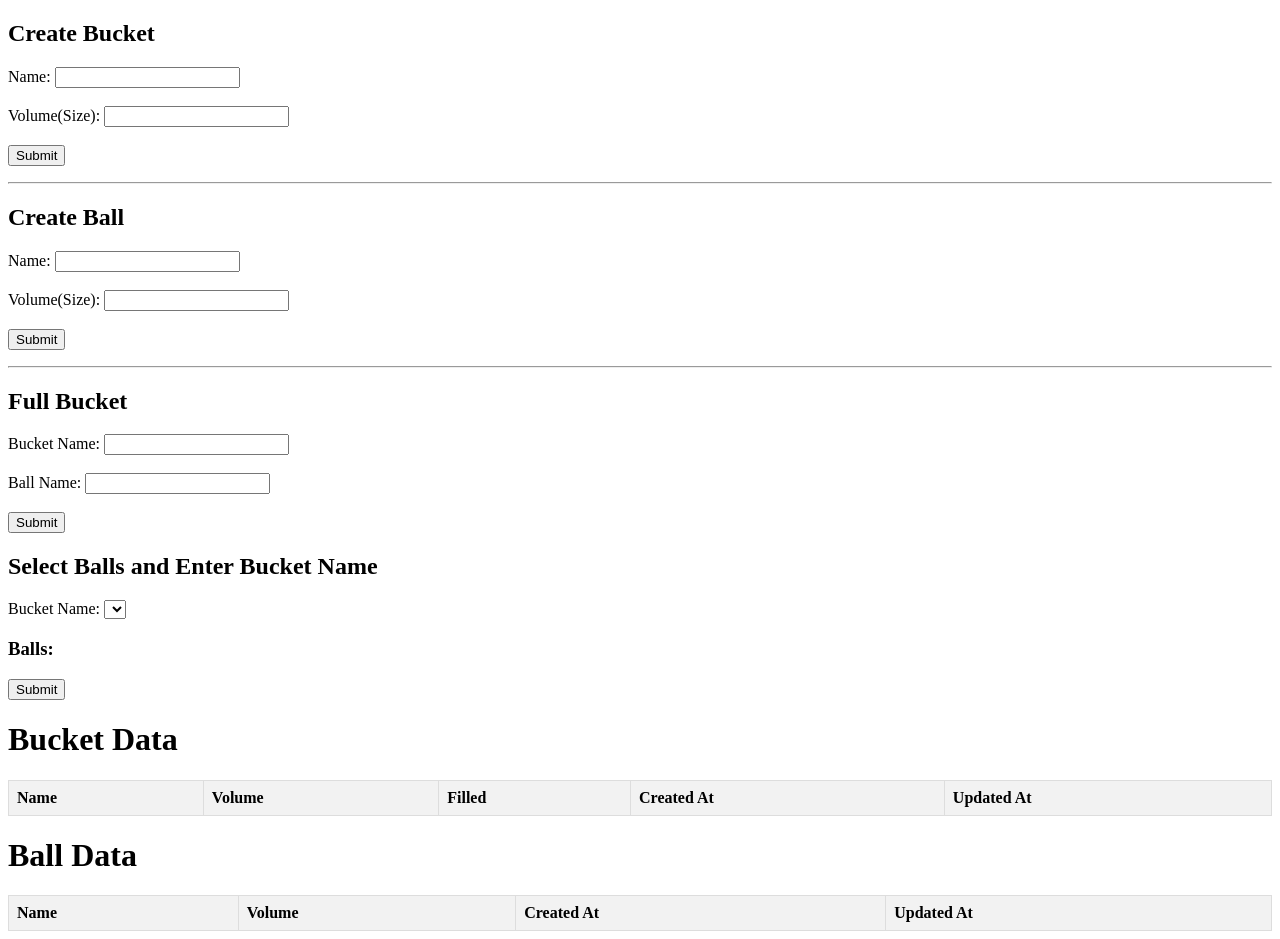
Repository: RajatPalankar8/nodejs_bucket_ball_task_new
Page: http://localhost/
The author's editor kept a copy of each file at every save. The page is drawn from the files as they stood at one save, then again after the next save.
The browser window is 1280 px wide. The pictures show the whole page.
The page is served by the project's Node server (index.js). Other server files are loaded and not shown. Queries for data that is not in the repository find no rows.

Above is the page before, as saved 2023-07-28 23:07:54.

### views/index.ejs
<!DOCTYPE html>
<html>

<head>
  <style>
    table {
      border-collapse: collapse;
      width: 100%;
    }

    th,
    td {
      border: 1px solid #ddd;
      padding: 8px;
      text-align: left;
    }

    th {
      background-color: #f2f2f2;
    }
  </style>
  <title>Bucket Ball App</title>
</head>

<body>
  <div style="display: 0dp;">


    <form id="form1">
      <h2>Create Bucket</h2>
      <label for="name1">Name:</label>
      <input type="text" id="name" name="name" required><br><br>
      <label for="email1">Volume(Size):</label>
      <input type="text" id="vol" name="vol" required><br><br>
      <input type="submit" value="Submit">
      <p id="form1-response"></p>
    </form>
    <hr>
    <form id="form2">
      <h2>Create Ball</h2>
      <label for="name1">Name:</label>
      <input type="text" id="name" name="name" required><br><br>
      <label for="vol">Volume(Size):</label>
      <input type="text" id="vol" name="vol" required><br><br>
      <input type="submit" value="Submit">
      <p id="form2-response"></p>
    </form>
    <hr>
    <form id="form3">
      <h2>Full Bucket</h2>
      <label for="name3">Bucket Name:</label>
      <input type="text" id="bucketName" name="bucketName" required><br><br>
      <label for="vol">Ball Name:</label>
      <input type="text" id="ballName" name="ballName" required><br><br>
      <input type="submit" value="Submit">
      <p id="form3-response"></p>
    </form>
  </div>

  <h2>Select Balls and Enter Bucket Name</h2>
  <form id="ballForm">
    <label for="bucketName">Bucket Name:</label>
    <!-- <input type="text" id="bucketName" name="bucketName"><br><br> -->
    <select id="bucketNameSelect" name="bucketNameSelect">
      <!-- The "Bucket Name" dropdown options will be dynamically added here -->
    </select>
    <h3>Balls:</h3>
    <div id="ballList">
      <!-- Ball data from MongoDB will be dynamically added here -->
    </div>
    <input type="submit" value="Submit">
  </form>
  <h1>Bucket Data</h1>
  <table>
    <thead>
      <tr>
        <th>Name</th>
        <th>Volume</th>
        <th>Filled</th>
        <th>Created At</th>
        <th>Updated At</th>
      </tr>
    </thead>
    <tbody>
      <% buckets.forEach(bucket=> { %>
        <tr>
          <td>
            <%= bucket.name %>
          </td>
          <td>
            <%= bucket.vol %>
          </td>
          <td>
            <%= bucket.filled.join(', ') %></td>
          <td><%= bucket.createdAt.toLocaleString() %></td>
          <td><%= bucket.updatedAt.toLocaleString() %></td>
        </tr>
      <% }); %>
    </tbody>
  </table>

  <h1>Ball Data</h1>
  <table>
    <thead>
      <tr>
        <th>Name</th>
        <th>Volume</th>
        <th>Created At</th>
        <th>Updated At</th>
      </tr>
    </thead>
    <tbody>
      <% balls.forEach(ball => { %>
        <tr>
          <td><%= ball.name %></td>
          <td><%= ball.vol %></td>
          <td><%= ball.createdAt.toLocaleString() %></td>
          <td><%= ball.updatedAt.toLocaleString() %></td>
        </tr>
      <% }); %>
    </tbody>
  </table>

  <script src="https://cdn.jsdelivr.net/npm/axios/dist/axios.min.js"></script>
  <script>
    // Function to handle form submission
    function createBucketEvent(event) {
      event.preventDefault(); // Prevent the default form submission

      // Get the form data
      const form = event.target;
      const formData = new FormData(form);

      // Convert form data to JSON object
      const jsonData = {};
      formData.forEach((value, key) => {
        jsonData[key] = value;
      });

      // Make a POST request to the backend API
      axios.post(' http://localhost:3000/createBucket', jsonData).then(response => {
        // Handle the API response
        const formId = form.id;
        const responseElement = document.getElementById(`${formId}-response`);
        responseElement.textContent = response.data.message;

        setTimeout(() => {
          location.reload();
        }, 1000);
      })
        .catch(error => {
          console.error(error); // Handle any errors
        });
    }

    function createBallEvent(event) {
      event.preventDefault(); // Prevent the default form submission

      // Get the form data
      const form = event.target;
      const formData = new FormData(form);

      // Convert form data to JSON object
      const jsonData = {};
      formData.forEach((value, key) => {
        jsonData[key] = value;
      });

      // Make a POST request to the backend API
      axios.post('http://localhost:3000/createBall', jsonData)
        .then(response => {
          // Handle the API response
          const formId = form.id;
          const responseElement = document.getElementById(`${formId}-response`);
          responseElement.textContent = response.data.message;
          setTimeout(() => {
            location.reload();
          }, 1000);
        })
        .catch(error => {
          console.error(error); // Handle any errors
        });
    }

    function fillBucketEvent(event) {
      event.preventDefault(); // Prevent the default form submission

      // Get the form data
      const form = event.target;
      const formData = new FormData(form);

      // Convert form data to JSON object
      const jsonData = {};
      formData.forEach((value, key) => {
        jsonData[key] = value;
      });

      // Make a POST request to the backend API
      axios.post('http://localhost:3000/fillBucket', jsonData)
        .then(response => {
          // Handle the API response
          const formId = form.id;
          const responseElement = document.getElementById(`${formId}-response`);
          responseElement.textContent = response.data.message;
          setTimeout(() => {
            location.reload();
          }, 1000);
        })
        .catch(error => {
          console.error(error); // Handle any errors
        });
    }

    // Attach event listeners to the forms
    const form1 = document.getElementById('form1');
    form1.addEventListener('submit', createBucketEvent);

    const form2 = document.getElementById('form2');
    form2.addEventListener('submit', createBallEvent);

    const form3 = document.getElementById('form3');
    form3.addEventListener('submit', fillBucketEvent);
  </script>

<script>
  // Fetch balls data from the server using Axios
  axios.post('http://localhost:3000/getBallList')
    .then(response => {
      //console.log("----------->>>>>>>", response.data.success);
      createBallCheckboxes(response.data.success);
      fetchBucketOptions();
    })
    .catch(error => console.error('Error fetching balls:', error));

  // to show a list of boxes
  function createBallCheckboxes(balls) {
    const ballListDiv = document.getElementById('ballList');

    balls.forEach(ball => {
      console.log("Create Function ", ball);
      const checkbox = document.createElement('input');
      checkbox.type = 'checkbox';
      checkbox.name = `${ball._id}`; // Each checkbox will have a unique name
      checkbox.value = ball.name;

      const label = document.createElement('label');
      label.innerHTML = `${ball.name} (Vol: ${ball.vol}) :- &nbsp;`;
      const inputField = document.createElement('input');
      inputField.type = 'number';
      inputField.name = `count_${ball.name}`; // Each input field will have a unique name
      inputField.placeholder = 'Number of balls';
      label.appendChild(checkbox);
      ballListDiv.appendChild(label);
      ballListDiv.appendChild(inputField);
      ballListDiv.appendChild(document.createElement('br'));
      ballListDiv.appendChild(document.createElement('br'));
    });
  }

  function fetchBucketOptions() {
    axios.post('http://localhost:3000/getBucketList') // Replace "/api/getBucketOptions" with your server's endpoint for fetching bucket options
      .then(response => {
        const bucketOptions = response.data.success; // Assuming the response is an array of objects with value and label properties
        populateBucketOptions(bucketOptions);
      })
      .catch(error => console.error('Error fetching bucket options:', error));
  }
  const bucketNameSelect = document.getElementById('bucketNameSelect');
  function populateBucketOptions(options) {
    console.log("options-------->",options);

    options.forEach(option => {
      console.log("options-------->",option.name);
      const optionElement = document.createElement('option');
      optionElement.value = option.name;
      optionElement.textContent = option.name;
      bucketNameSelect.appendChild(optionElement);
    });
  }

  // Handle form submission using event delegation
  const form = document.getElementById('ballForm');
  form.addEventListener('submit', (event) => {
    event.preventDefault(); // Prevent default form submission behavior
console.log("bucketNameSelect--->",bucketNameSelect.value);
    // Collect form data and arrange it in an array
    const formData = new FormData(form);
    const data = {
      bucketName: bucketNameSelect.value,
      balls: [],
    };

    // Loop through the checkboxes and get the selected ones
    const checkboxes = form.querySelectorAll('input[type="checkbox"]');
    checkboxes.forEach(checkbox => {
      if (checkbox.checked) {
        const ballId = checkbox.name;
        const label = checkbox.value
        const labelText = label;
        const ballCount = formData.get(`count_${label}`);
        data.balls.push({ _id: ballId, ball: labelText, count: ballCount });
      }
    });
    // Check if at least one checkbox is checked
    if (data.balls.length === 0) {
      alert('Please select at least one checkbox before submitting the form.');
      return; // Abort form submission
    }

    // Make POST request to the server with the JSON data for form submission
    axios.post('http://localhost:3000/bulkFillBall', data) // Replace "/api/submitForm" with your server's endpoint for form submission
      .then(response => {
        // Handle successful form submission response if needed
       // console.log(response.data);
      //  setTimeout(() => {
      //       location.reload();
      //     }, 1000);
      })
      .catch(error => console.error('Error submitting form:', error));
  });
</script>



</body>

</html>

### index.js
const app = require('./app');
const db = require('./config/db')
const port = 3000;
app.get('/',(req,res)=>{
    res.send('Hello World');
});

app.listen(port,()=>{
    console.log(`Server Listening on Port http://localhost:${port}`);
})

### app.js
const express = require("express");
const bodyParser = require("body-parser");
const bucketRouter = require('./routes/bucket.router');
const BucketModel = require('./model/bucket.model');
const BallModel = require('./model/ball.model');
const path = require("path");
const app = express();

app.use(bodyParser.json())
app.set("view engine", "ejs");
app.set("views", path.join(__dirname, "views"));
app.use(express.static(`${__dirname}/public`));


app.use("/", bucketRouter);

app.use("/", (req, res) => {
  BucketModel.find({})
    .then((buckets) => {
      // Render the HTML template with the fetched data
      BallModel.find({})
        .then((balls) => {
          // Render the HTML template with the fetched data
          res.render('index', { buckets, balls });
        })
        .catch((err) => {
          console.error(err);
          res.status(500).send('Internal Server Error');
        });
    })
    .catch((err) => {
      console.error(err);
      res.status(500).send('Internal Server Error');
    });
});


module.exports = app;

### routes/bucket.router.js
const router = require("express").Router();
const BucketServices = require('../services/bucket.services');

router.post('/createBucket',async (req,res,next)=>{
    try {
        const response = await BucketServices.createBucket(req.body.name,req.body.vol);
        console.log("---->",response);
        res.json({ status: true, success: response });
    } catch (err) {
        console.log("---> err -->", err);
        next(err);
    }
});


router.post('/createBall',async (req,res,next)=>{
    try {
        const response = await BucketServices.createBall(req.body.name,req.body.vol);
        console.log("---->",response);
        res.json({ status: true, success: response });
    } catch (err) {
        console.log("---> err -->", err);
        next(err);
    }
});

router.post('/fillBucket',async (req,res,next)=>{
    try {
        const response = await BucketServices.fillBucket(req.body.bucketName,req.body.ballName);
        console.log("---->",response);
        res.json({ status: true, success: response });
    } catch (err) {
        console.log("---> err -->", err);
        next(err);
    }
});

router.post('/getBallList',async (req,res,next)=>{
    try {
        const response = await BucketServices.getBall();
        //console.log("---->",response);
        res.json({ status: true, success: response });
    } catch (err) {
        console.log("---> err -->", err);
        next(err);
    }
});

router.post('/getBucketList',async (req,res,next)=>{
    try {
        const response = await BucketServices.getBucket();
        //console.log("---->",response);
        res.json({ status: true, success: response });
    } catch (err) {
        console.log("---> err -->", err);
        next(err);
    }
});

router.post('/bulkFillBall',async (req,res,next)=>{
    try {
         const response = await BucketServices.bulkUpload(req.body);
        //console.log("---->",req.body);
        res.json({ status: true, success: req.body });
    } catch (err) {
        console.log("---> err -->", err);
        next(err);
    }
});

module.exports = router;

### services/bucket.services.js
const BucketModel = require('../model/bucket.model');
const BallModel = require('../model/ball.model');

class BucketServices {

    static async createBucket(name, vol) {
        const addBucket = new BucketModel({ name, vol, availableVol: vol });
        return await addBucket.save();
    }

    static async createBall(name, vol) {
        const addBall = new BallModel({ name, vol });
        return await addBall.save();
    }

    static async getBall() {
        const addBall = await BallModel.find({});
        return addBall;
    }

    static async getBucket() {
        const addBall = await BucketModel.find({});
        return addBall;
    }

    static async fillBucket(bucketName, ballName) {
        const bucketData = await BucketModel.findOne({ name: bucketName });
        const ballData = await BallModel.findOne({ name: ballName });

        if ((bucketData.availableVol - ballData.vol) >= 0) {
            bucketData.availableVol = bucketData.availableVol - ballData.vol;
            bucketData.filled.push(ballName);
            return await bucketData.save();
        }
        return "No Space Available";
    }

    static async bulkUpload(data) {
        try{
            for (let i = 0; i < data.balls.length; i++) {
                const bucketData = await BucketModel.findOne({ name: data.bucketName });
                const ballData = await BallModel.findOne({ name: data.balls[i].ball });
                if ((bucketData.availableVol - ballData.vol) >= 0) {
                    bucketData.availableVol = bucketData.availableVol - ballData.vol;
                    bucketData.filled.push(data.balls[i].ball);
                     await bucketData.save();
                }
            }

        }catch(err){
            console.log("err--->", err);
        }

    }
}

module.exports = BucketServices;

After the next save:
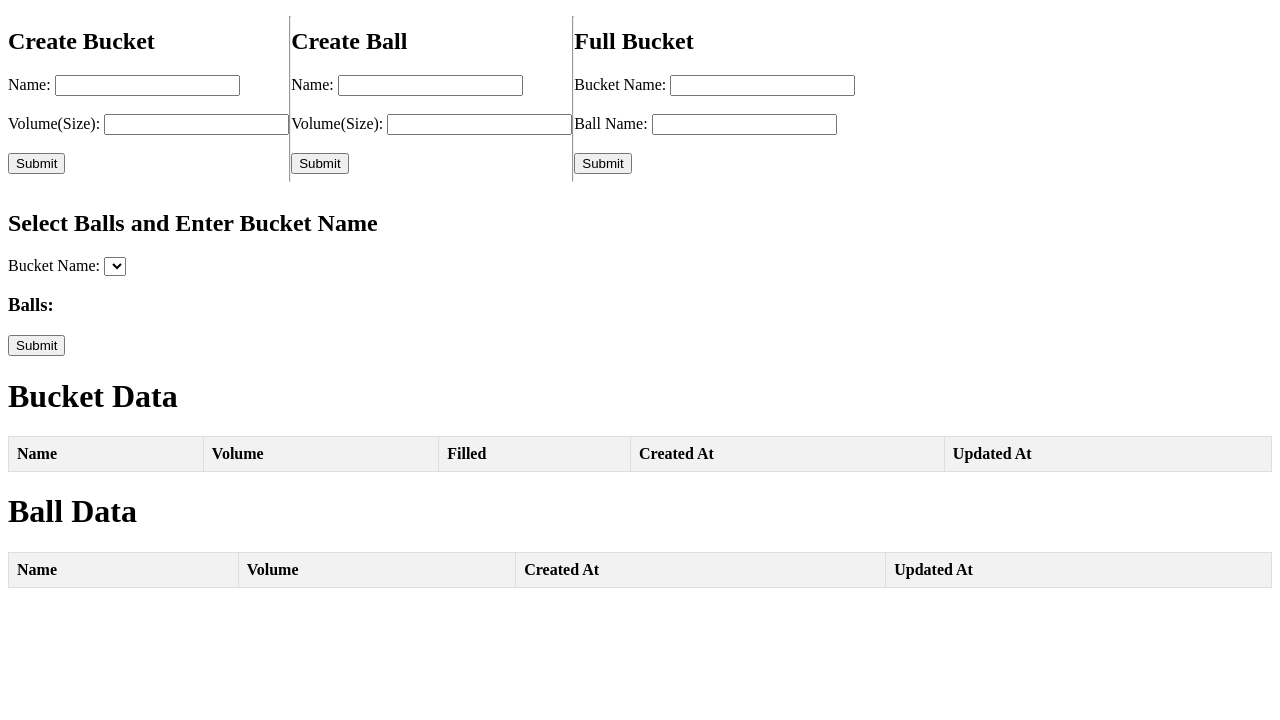
Saved 51 s later.
--- a/views/index.ejs
+++ b/views/index.ejs
@@ -23,7 +23,7 @@
 </head>
 
 <body>
-  <div style="display: 0dp;">
+  <div style="display: inline-flex;">
 
 
     <form id="form1">

After the 2 saves that followed:
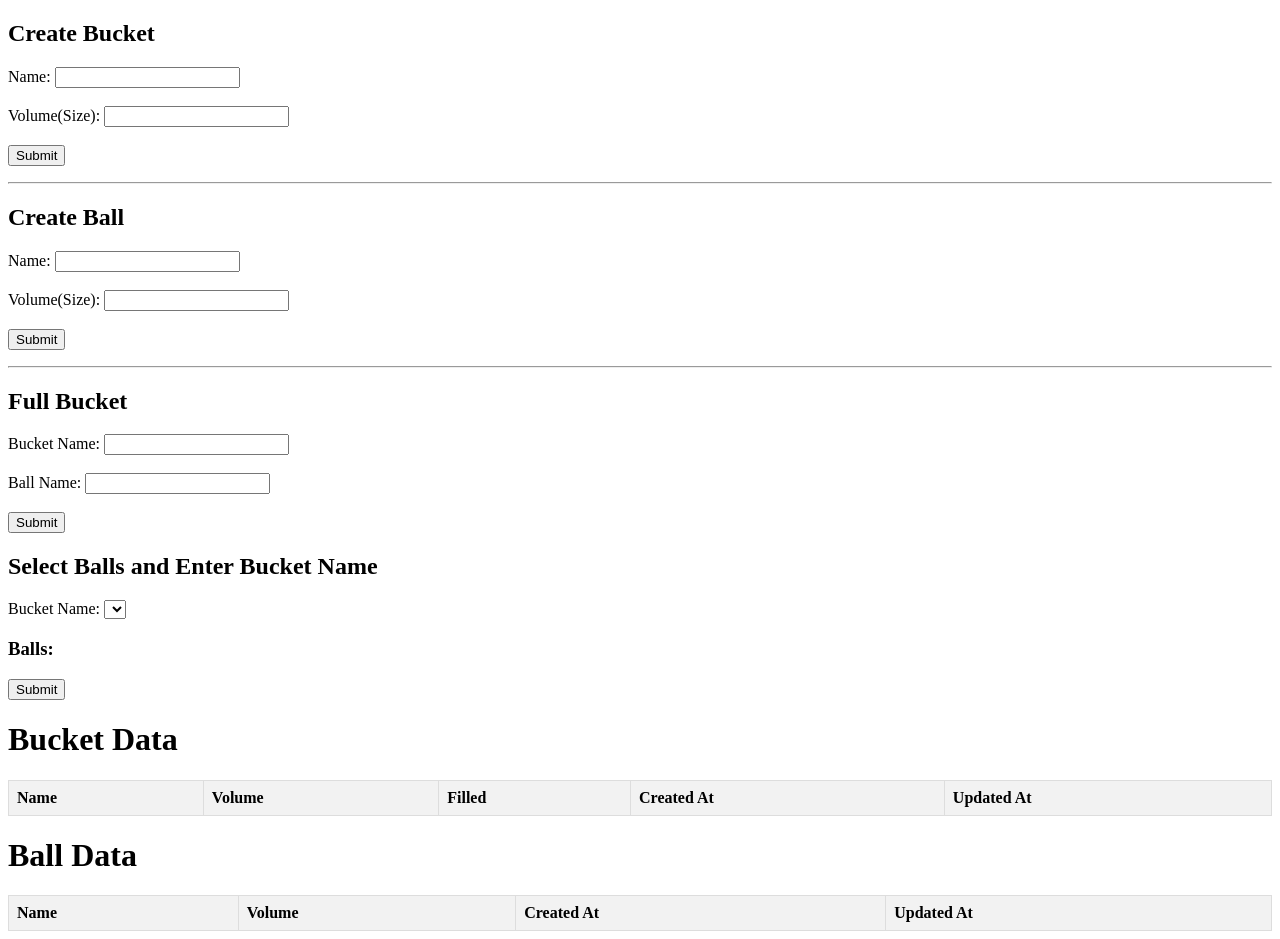
The 2 saves are shown as one change because 1 left the picture as it was.
The last was saved 37 s later.
--- a/views/index.ejs
+++ b/views/index.ejs
@@ -23,7 +23,7 @@
 </head>
 
 <body>
-  <div style="display: inline-flex;">
+  <div style="display: font: 1em sans-serif;;">
 
 
     <form id="form1">
@@ -35,6 +35,7 @@
       <input type="submit" value="Submit">
       <p id="form1-response"></p>
     </form>
+
     <hr>
     <form id="form2">
       <h2>Create Ball</h2>
